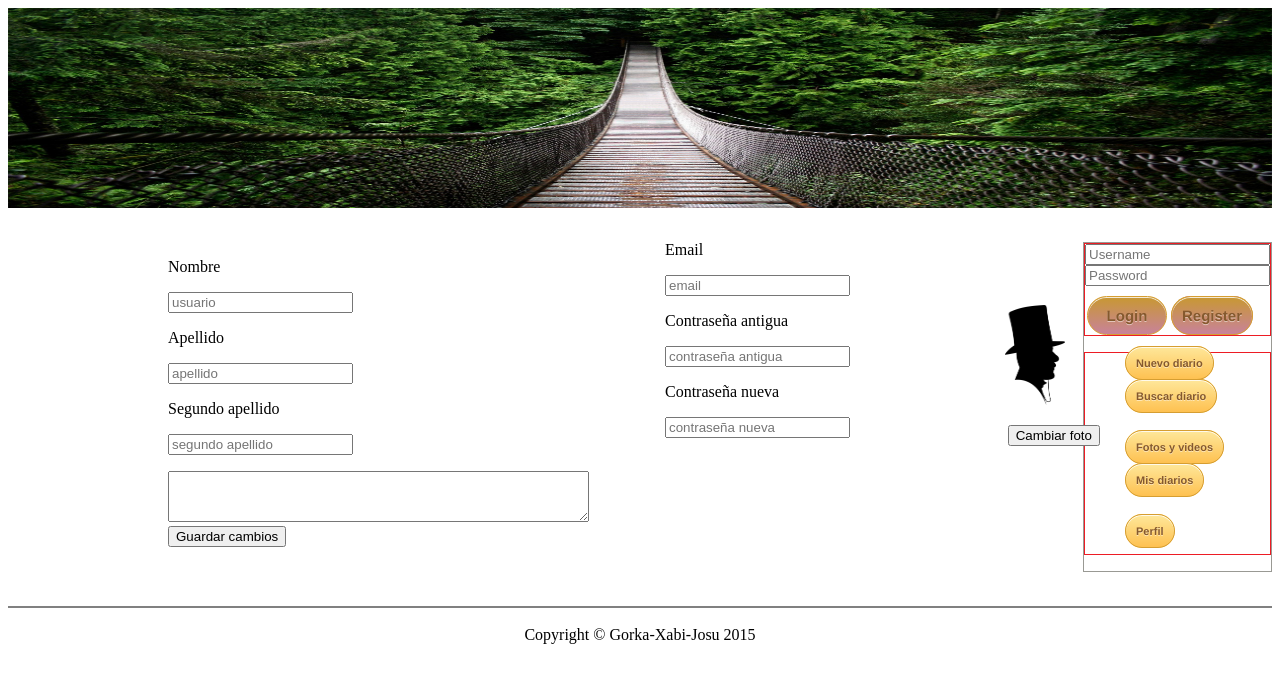
Repository: Deathdance/proyectoviajes
Page: routes/perfil.html
The author's editor kept a record of every edit. The page is drawn from the files as they stood at one moment, then again after the next edit.
The browser window is 1280 px wide. The pictures show the whole page.

Above is the page before.

### routes/perfil.html
<!doctype html>
<html lang="es">
	<head background="../images/granbazar.jpg">
		<meta charset="utf-8" />
		<title>Diario de viajes</title>
		<link rel="stylesheet" href="../css/main.css" />
	</head>
<body>
<header id="top_header">
		<img id="imgcabecera" src="../images/hanged-bridge-in-the-jungle-wide.jpg" />
</header>
			<section class="menu">
				<div class="submenu">
					<div>
	                	<input type="text" placeholder="Username" required="" id="username" name="username"/>
	            	</div>
	            	<div>
	            		<input type="password" placeholder="Password" required="" id="password" name="password"/>
	            	</div>
					<div class="logires">
						<input id="log" type="submit" class="btn2" value="Login" />
						<a class="btn2"  href="registro.html" target="_self">Register</a>
					</div>
				</div>
				<div>
					<ul class="submenu2">
						<li><a class="btn" href="info.html" target="_self">Nuevo diario</a></li>
						<li><a class="btn" href="info.html" target="_self">Buscar diario</a></li>
						<br>
						<li><a class="btn" href="fotosvideos.html" target="_self">Fotos y videos</a></li>
						<li><a class="btn" href="info.html" target="_self">Mis diarios</a></li>
						<br>
						<li><a class="btn" href="perfil.html" target="_self">Perfil</a></li>
					</ul>
				</div>
			</section>
			<section id="main_section">
				<div id="cuerpo">
					<form>
						<div class="formizq">
						<p>Nombre</p>
							<input id="nombre" type="text" name="username" placeholder="usuario"/>

						<p>Apellido</p>
							<input id="apellido" type="text" name="apellido" placeholder="apellido"/>

						<p>Segundo apellido</p>
							<input id="segundoapellido" type="text" name="segundoapellido" placeholder="segundo apellido"/>

							<br>
						<p>
							<textarea name="Breve descripción personal" rows="3" cols="50" ></textarea>
							<br>
							<input onclick="guardar()" type="submit" value="Guardar cambios" />
						<p>
						</div>
						<br>
						<div class="formderecha">
						<p>Email</p>
							<input id="email" type="text" name="email" placeholder="email"/>

						<p>Contraseña antigua</p>
							<input id="contvieja" type="text" name="contvieja" placeholder="contraseña antigua"/>

						<p>Contraseña nueva</p>
							<input id="contnueva" type="text" name="contnueva" placeholder="contraseña nueva"/>
						</div>
						<div class="foto">
								<img id="imagenprofile" src="../images/profile.png">
							<input onclick="cambiar()" type="submit" value="Cambiar foto" />
						</div>
					</form>
				</div>



			</section>

			<footer id="the_footer">
			<br>
			Copyright © Gorka-Xabi-Josu 2015
			</footer>
</body>
</html>

### css/main.css
h1{
	font: bold 20px Times;
	color: black;
	text-align: center;
	border:1px solid red;
}

#top_header{
	-webkit-box-flex:1;
	text-align: left;
	image-attachment: fixed;
}
#top_header a{
	margin-left: 5px;
	padding: 5px;
}
#top_header div{
		margin-top: 5px;
}
#imgcabecera{
	width:100%;
	height:200px;
	margin:0px;
	padding:0px;
	position: relative;
	top:0px;
 	left:0px;
}
.menu{
	border: 1px solid #999994;
	list-style:none;
	padding: 0px;
	margin-top: 30px;
	display:block;
	float:right;
}
.menu li{
	margin-bottom: 15px;
}
.menu a{
	margin-right: 15px;
	text-decoration: none;
	padding: 10px;
}
.logires{
	margin-top: 10px;
}
.submenu{
	text-align: center;
	border: 1px solid #ed1c24;
}
#log{
	width: 80px;
	height: 39px;
}
.submenu2{
	clear:both;
	list-style:none;
	border: 1px solid #ed1c24;
}
.mem{
	clear:both;
	display: box;
  box-orient: horizontal;
}

#cuerpo{
	margin-left: 160px;
	margin-right: 10px;
}

#main_section{
	margin-top: 30px;
	margin-left: -120px;
	display: -webkit-box;
	-webkit-box-orient: horizotal;
	-webkit-box-pack: left;
	-webkit-box-align: left;
}
#the_footer{
	clear: both;
	text-align: center;
	border-top: 2px solid grey;
	margin-top: 25px;
}

#cuerpo{
	display: left;
}
.formderecha{
	position: absolute;
	right: 430px;
	top: 225px;
}
.foto{
	position: absolute;
	right: 180px;
	top: 425px;
}
#imagenprofile{
	width: 60px;
	height: 100px;
	position: absolute;
	right: 35px;
	top: -120px;
}
.btn {
  background: rgb(254,231,154);
  background: -moz-linear-gradient(top,  rgba(254,231,154,1) 0%, rgba(254,193,81,1) 100%);
  background: -webkit-linear-gradient(top,  rgba(254,231,154,1) 0%,rgba(254,193,81,1) 100%);
  background: -o-linear-gradient(top,  rgba(254,231,154,1) 0%,rgba(254,193,81,1) 100%);
  background: -ms-linear-gradient(top,  rgba(254,231,154,1) 0%,rgba(254,193,81,1) 100%);
  background: linear-gradient(top,  rgba(254,231,154,1) 0%,rgba(254,193,81,1) 100%);
  filter: progid:DXImageTransform.Microsoft.gradient( startColorstr='#fee79a', endColorstr='#fec151',GradientType=0 );
  -webkit-border-radius: 30px;
  -moz-border-radius: 30px;
  -ms-border-radius: 30px;
  -o-border-radius: 30px;
  border-radius: 30px;
  -webkit-box-shadow: 0 1px 0 rgba(255,255,255,0.8) inset;
  -moz-box-shadow: 0 1px 0 rgba(255,255,255,0.8) inset;
  -ms-box-shadow: 0 1px 0 rgba(255,255,255,0.8) inset;
  -o-box-shadow: 0 1px 0 rgba(255,255,255,0.8) inset;
  box-shadow: 0 1px 0 rgba(255,255,255,0.8) inset;
  border: 1px solid #D69E31;
  color: #85592e;
  cursor: pointer;
  font: bold 11px Helvetica, Arial, sans-serif;
  position: relative;
  text-shadow: 0 1px 0 rgba(255,255,255,0.5);
}
.btn:hover {
	background: rgb(254,193,81);
  background: -moz-linear-gradient(top,  rgba(254,193,81,1) 0%, rgba(254,231,154,1) 100%);
  background: -webkit-linear-gradient(top,  rgba(254,193,81,1) 0%,rgba(254,231,154,1) 100%);
  background: -o-linear-gradient(top,  rgba(254,193,81,1) 0%,rgba(254,231,154,1) 100%);
  background: -ms-linear-gradient(top,  rgba(254,193,81,1) 0%,rgba(254,231,154,1) 100%);
  background: linear-gradient(top,  rgba(254,193,81,1) 0%,rgba(254,231,154,1) 100%);
  filter: progid:DXImageTransform.Microsoft.gradient( startColorstr='#fec151', endColorstr='#fee79a',GradientType=0 );
}
.btn2 {
  background:  rgb(200,152,50);
  background: -moz-linear-gradient(top,  rgba(200,152,50,1) 0%, rgba(200,130,154,1) 100%);
  background: -webkit-linear-gradient(top,  rgba(200,152,50,1) 0%, rgba(200,130,154,1) 100%);
  background: -o-linear-gradient(top,  rgba(200,152,50,1) 0%, rgba(200,130,154,1) 100%);
  background: -ms-linear-gradient(top,  rgba(200,152,50,1) 0%, rgba(200,130,154,1) 100%);
  background: linear-gradient(top,  rgba(200,152,50,1) 0%, rgba(200,130,154,1) 100%);
  filter: progid:DXImageTransform.Microsoft.gradient( startColorstr='#fee79a', endColorstr='#fec151',GradientType=0 );
  -webkit-border-radius: 30px;
  -moz-border-radius: 30px;
  -ms-border-radius: 30px;
  -o-border-radius: 30px;
  border-radius: 30px;
  -webkit-box-shadow: 0 1px 0 rgba(255,255,255,0.8) inset;
  -moz-box-shadow: 0 1px 0 rgba(255,255,255,0.8) inset;
  -ms-box-shadow: 0 1px 0 rgba(255,255,255,0.8) inset;
  -o-box-shadow: 0 1px 0 rgba(255,255,255,0.8) inset;
  box-shadow: 0 1px 0 rgba(255,255,255,0.8) inset;
  border: 1px solid #D69E31;
  color: #85592e;
  cursor: pointer;
  font: bold 15px Helvetica, Arial, sans-serif;
  height: 35px;
  position: relative;
  text-shadow: 0 1px 0 rgba(255,255,255,0.5);
  width: 120px;
}
.btn2:hover {
	background: rgb(200,150,81);
  background: -moz-linear-gradient(top,  rgba(200,130,154,1) 0%, rgba(200,150,81,1) 100%);
  background: -webkit-linear-gradient(top,  rgba(200,130,154,1) 0%, rgba(200,150,81,1) 100%);
  background: -o-linear-gradient(top,  rgba(200,130,81,1) 0%, rgba(200,130,154,1) 100%);
  background: -ms-linear-gradient(top,  rgba(200,130,154,1) 0%, rgba(200,150,81,1) 100%);
  background: linear-gradient(top,  rgba(200,130,154,1) 0%, rgba(200,150,81,1) 100%);
  filter: progid:DXImageTransform.Microsoft.gradient( startColorstr='#fec151', endColorstr='#fee79a',GradientType=0 );
}
@media screen and (max-width: 1150px){
	#imagenprofile{
		position: absolute;
		right: 20px;
		top:-120px;
	}
	.formderecha{
		position: relative;
		top:0px;
		right: 0px;
	}

After the next edit:
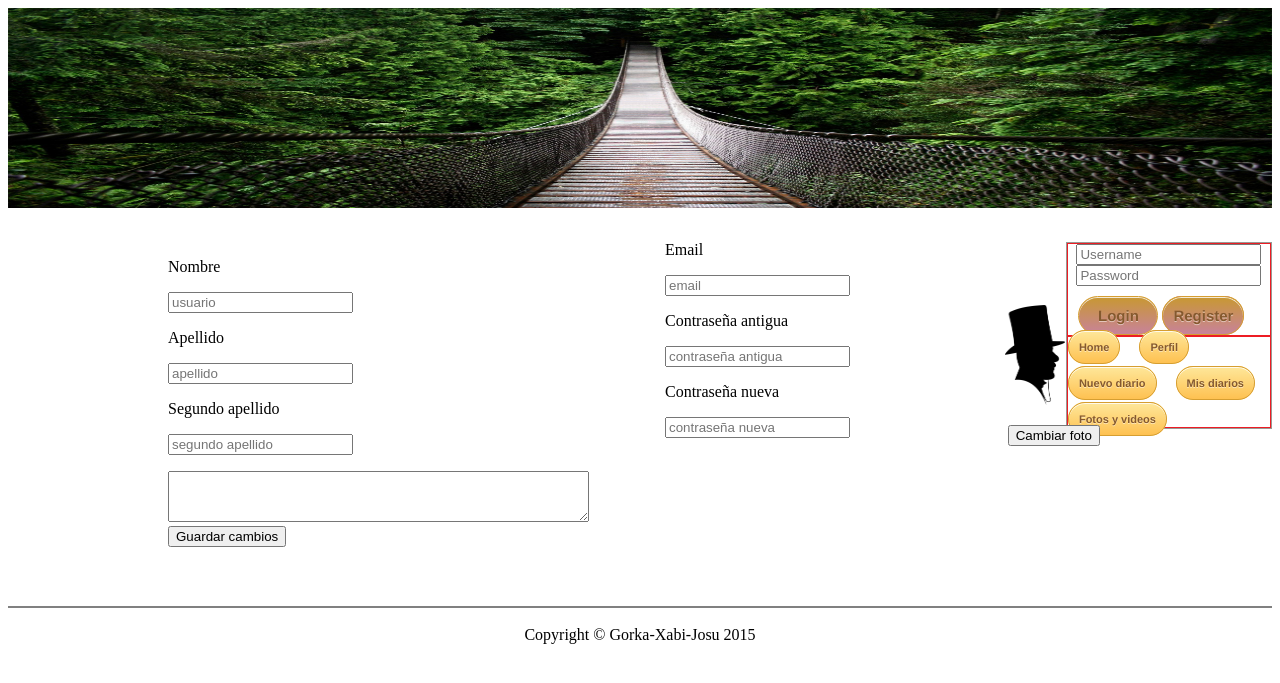
The edit:
--- a/routes/perfil.html
+++ b/routes/perfil.html
@@ -22,16 +22,18 @@
 						<a class="btn2"  href="registro.html" target="_self">Register</a>
 					</div>
 				</div>
-				<div>
-					<ul class="submenu2">
-						<li><a class="btn" href="info.html" target="_self">Nuevo diario</a></li>
-						<li><a class="btn" href="info.html" target="_self">Buscar diario</a></li>
+				<div class="submenu2">
+						<div class="linea1">
+						<a class="btn" href="info.html" target="_self">Home</a>
+						<a class="btn" href="perfil.html" target="_self">Perfil</a>
+						</div>
 						<br>
-						<li><a class="btn" href="fotosvideos.html" target="_self">Fotos y videos</a></li>
-						<li><a class="btn" href="info.html" target="_self">Mis diarios</a></li>
+						<div>
+						<a class="btn" href="info.html" target="_self">Nuevo diario</a>
+						<a class="btn" href="info.html" target="_self">Mis diarios</a>
+						</div>
 						<br>
-						<li><a class="btn" href="perfil.html" target="_self">Perfil</a></li>
-					</ul>
+						<a class="btn" href="fotosvideos.html" target="_self">Fotos y videos</a>
 				</div>
 			</section>
 			<section id="main_section">
